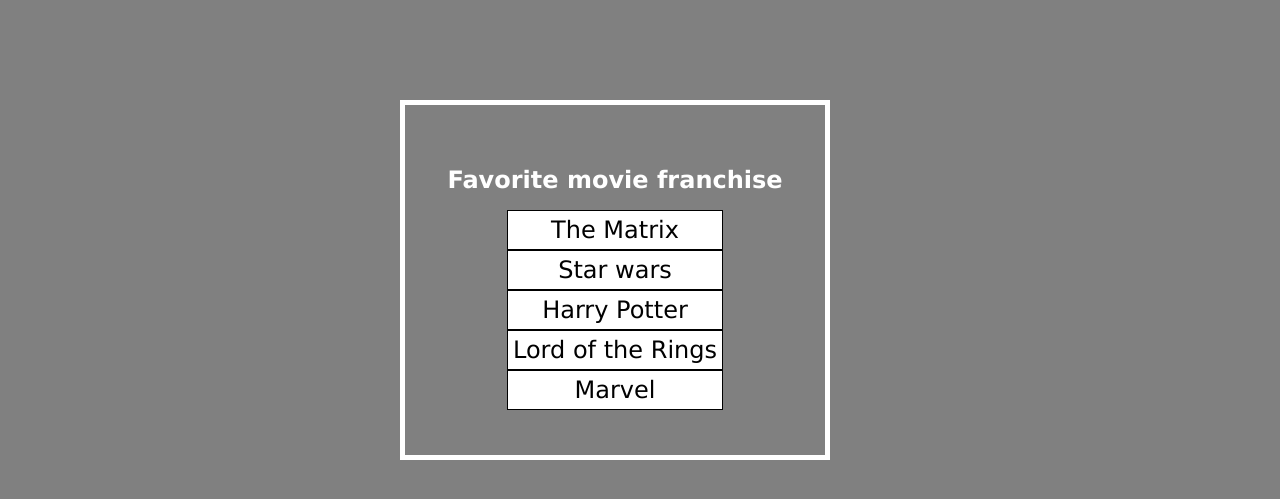
Repository: wakoya-tech/react-project
Page: Desktop/shaakala/jaal/index.html
The author's editor kept a copy of each file at every save. The page is drawn from the files as they stood at one save, then again after the next save.
The browser window is 1280 px wide. The pictures show the whole page.

Above is the page before, as saved 2025-08-25 16:56:17.

### Desktop/shaakala/jaal/index.html
<!DOCTYPE html>
<html lang="en">
<head>
    <meta charset="UTF-8">
    <meta name="viewport" content="width=device-width, initial-scale=1.0">
    <title>Master DOm manipulation part:1</title>
    <style>
        *{
            box-sizing: border-box;
        }
body {
    font-family: Verdana, Geneva, Tahoma, sans-serif;
    background: grey;
    margin: 0;
}

.container {

    display: flex;
   flex-direction: column;
    justify-content: center;
    align-items: center;
    height: 50vh;
    border: 5px solid white;
    padding: 1px;
    margin: 100px 450px 200px 400px;
}
ul {
  list-style: none;
  padding: 0;
  margin: 0;
}

#main-heading{
    font-size: 24px;
    color: white;
}
.list-items{
    font-size: 24px;
    border: 1px solid black;
    padding: 5px;
    display: flex;
   flex-direction: column;
    justify-content: center;
    align-items: center;
    background-color: white;
}
    </style>
</head>
<body>
    <div class="container">
        <h1 id="main-heading">Favorite movie franchise</h1>
        <ul>
            <li class="list-items">The Matrix</li>
            <li class="list-items">Star wars</li>
            <li class="list-items">Harry Potter</li>
            <li class="list-items">Lord of the Rings</li>
            <li class="list-items">Marvel</li>
        </ul>
    </div>
    <script src="../jaal/script.js"></script>
</body>
</html>

Loaded but not shown: Desktop/shaakala/jaal/script.js (no copy from this time; the picture is the same without it)

After the next save:
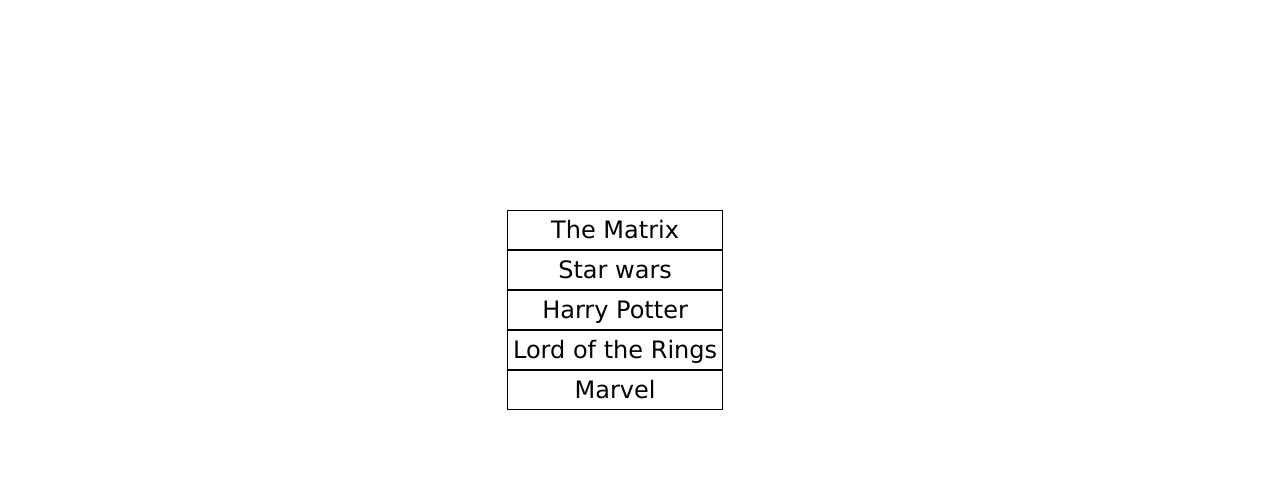
Saved 2 h 11 min later.
--- a/Desktop/shaakala/jaal/index.html
+++ b/Desktop/shaakala/jaal/index.html
@@ -10,7 +10,7 @@
         }
 body {
     font-family: Verdana, Geneva, Tahoma, sans-serif;
-    background: grey;
+    background:rgba(6, 34, 34, 0);
     margin: 0;
 }
 

After the save that followed:
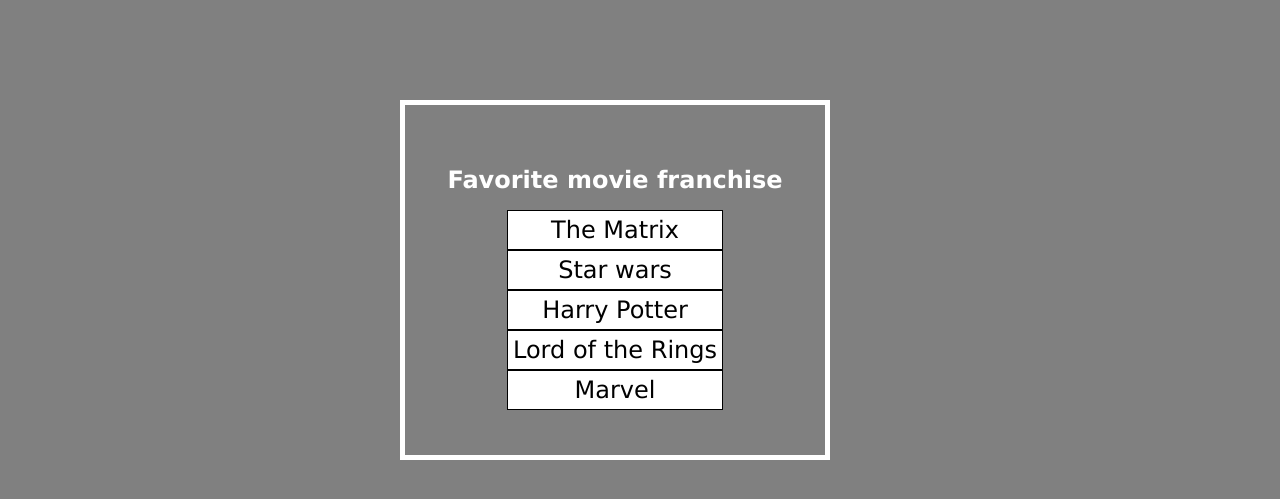
Saved 30 s later.
--- a/Desktop/shaakala/jaal/index.html
+++ b/Desktop/shaakala/jaal/index.html
@@ -10,7 +10,7 @@
         }
 body {
     font-family: Verdana, Geneva, Tahoma, sans-serif;
-    background:rgba(6, 34, 34, 0);
+    background:gray;
     margin: 0;
 }
 
